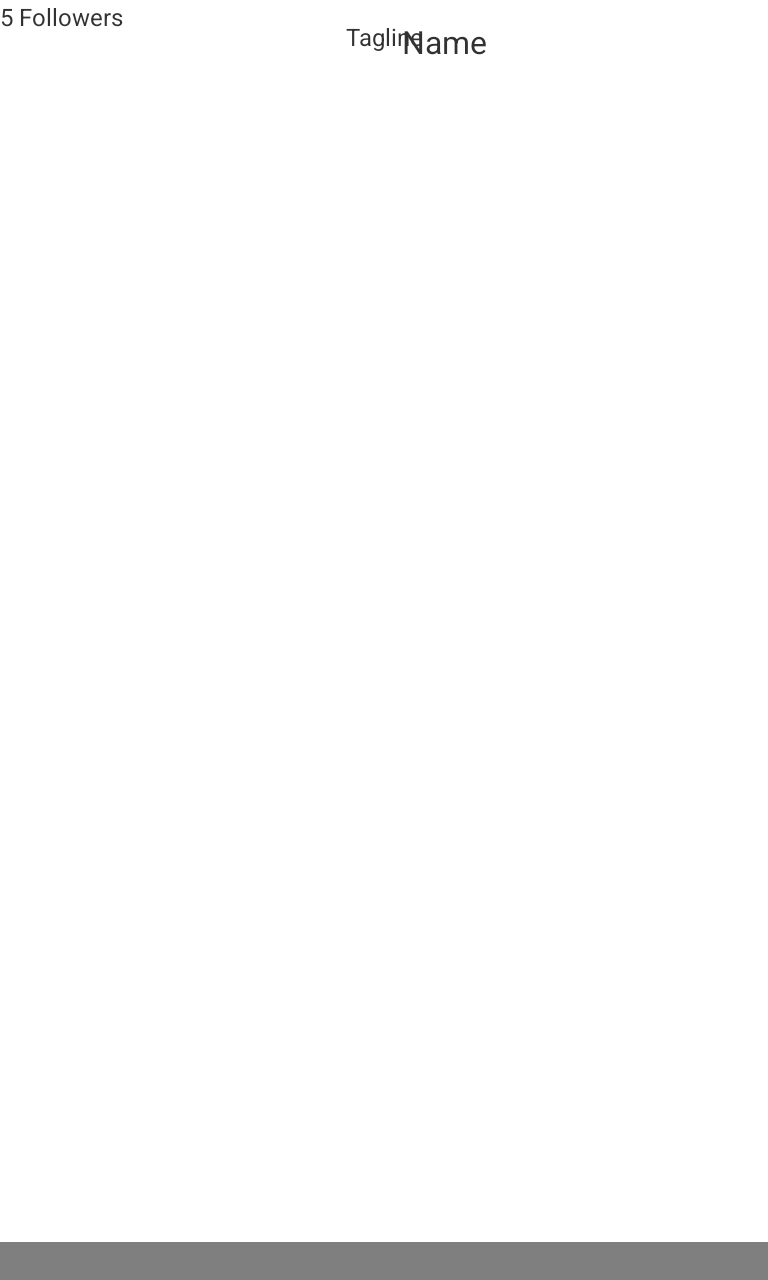
Repository: patilsnehal/AndroidBootCampProjects
Layout: TwitterClientApp/SimpleTwitterClient/res/layout/activity_profile.xml
These files come from the project's save history. The layout is drawn as it stood at one moment and after the next save; the edit follows.
Pictures or frames that could not be fetched are drawn as grey boxes. It is drawn on a 768 x 1280 px phone screen (xhdpi) without system bars, with theme AppTheme; the app's code is not run.

Above is the layout before, as saved 2014-09-28 23:08:20.

After the next save:
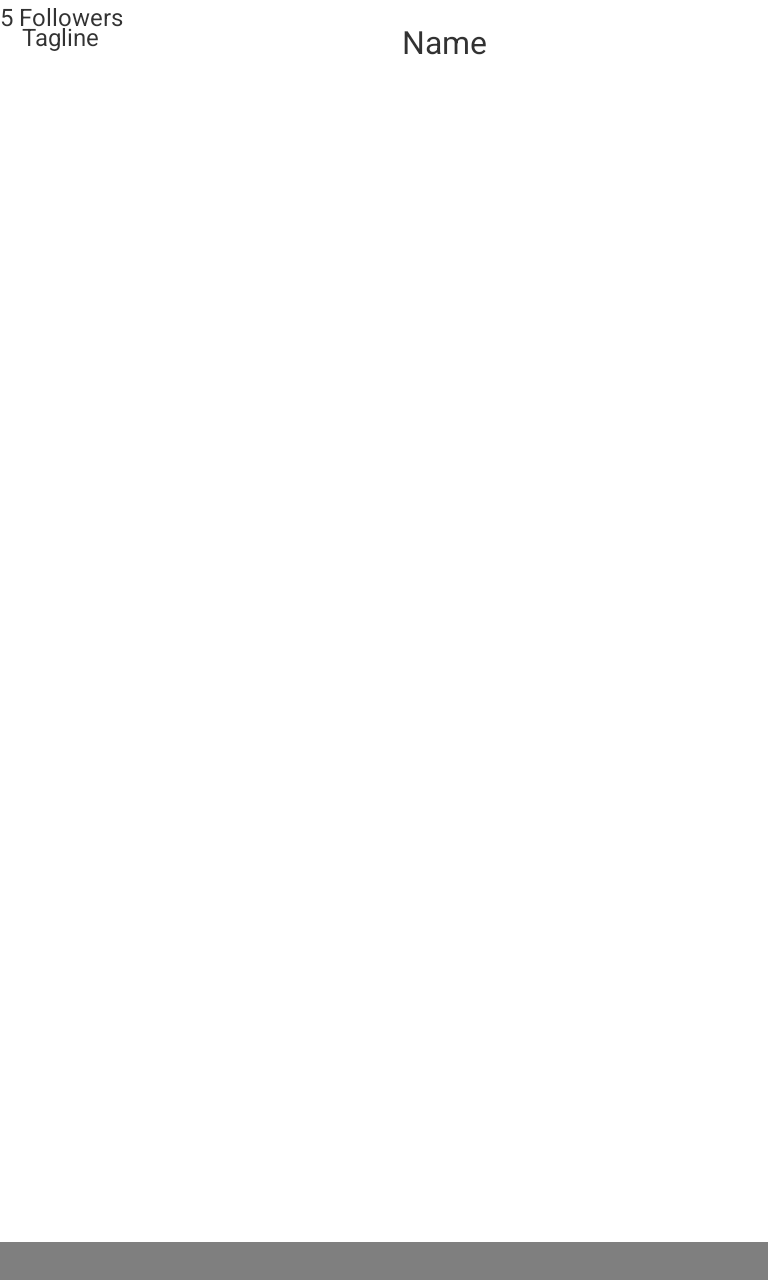
Saved 16 s later.
--- a/TwitterClientApp/SimpleTwitterClient/res/layout/activity_profile.xml
+++ b/TwitterClientApp/SimpleTwitterClient/res/layout/activity_profile.xml
@@ -35,7 +35,7 @@
             android:layout_height="wrap_content"
             android:layout_bellow="tvName"
             android:layout_marginTop="10dp"
-            android:layout_toLeftOf="tvName"
+            android:layout_toLeftOf="@+id/tvName"
             android:gravity="center"
             android:text="Tagline"
             android:textSize="12sp" />
